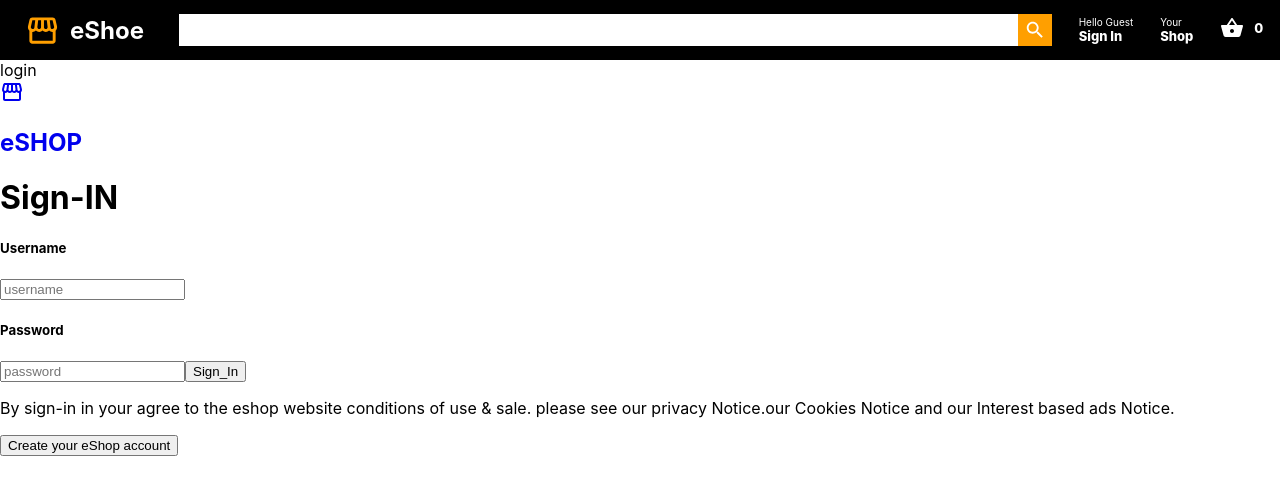
Repository: sandeepreddyvitta/react
Page: /login (app in eshop/)
An editor plug-in stored every save of this project. The page is shown before and after the next save, followed by the edit.
The browser window is 1280 px wide. The pictures show the whole page.
The project was rebuilt for these pictures with package versions that can differ from the ones it lists, and the page was loaded fresh each time. Also part of the build but not shown: eshop/src/components/products/product.scss, eshop/src/components/products/Product.js, eshop/src/components/home/home.scss, eshop/src/components/home/Home.js, eshop/src/components/checkOut/checkout.scss, eshop/src/components/checkOut/checkoutproduct.scss, eshop/src/components/checkOut/CheckOutProduct.js, eshop/src/components/checkOut/subtotal.scss and 3 more.

Above is the page before, as saved 2022-12-07 11:31:46.

### eshop/public/index.html
<!DOCTYPE html>
<html lang="en">

<head>
  <meta charset="utf-8" />
  <link rel="icon" href="%PUBLIC_URL%/favicon.ico" />
  <meta name="viewport" content="width=device-width, initial-scale=1" />
  <meta name="theme-color" content="#000000" />
  <meta name="description" content="Web site created using create-react-app" />
  <link rel="apple-touch-icon" href="%PUBLIC_URL%/logo192.png" />
  <!--
      manifest.json provides metadata used when your web app is installed on a
      user's mobile device or desktop. See https://developers.google.com/web/fundamentals/web-app-manifest/
    -->
  <link rel="manifest" href="%PUBLIC_URL%/manifest.json" />

  <!--
      Notice the use of %PUBLIC_URL% in the tags above.
      It will be replaced with the URL of the `public` folder during the build.
      Only files inside the `public` folder can be referenced from the HTML.

      Unlike "/favicon.ico" or "favicon.ico", "%PUBLIC_URL%/favicon.ico" will
      work correctly both with client-side routing and a non-root public URL.
      Learn how to configure a non-root public URL by running `npm run build`.
    -->
  <title>eShop</title>
</head>

<body>
  <noscript>You need to enable JavaScript to run this app.</noscript>
  <div id="root"></div>
  <!--
      This HTML file is a template.
      If you open it directly in the browser, you will see an empty page.

      You can add webfonts, meta tags, or analytics to this file.
      The build step will place the bundled scripts into the <body> tag.

      To begin the development, run `npm start` or `yarn start`.
      To create a production bundle, use `npm run build` or `yarn build`.
    -->
</body>

</html>

### eshop/src/index.js
import React from 'react';
import ReactDOM from 'react-dom/client';
import './index.css';
import App from './App';
import reportWebVitals from './reportWebVitals';
import reducer, { initialState } from './components/data/reducer';
import { StateProvider } from './components/data/StateProvider';

const root = ReactDOM.createRoot(document.getElementById('root'));
root.render(
  <React.StrictMode>
    <StateProvider initialState={initialState} reducer={reducer}>
      <App />
    </StateProvider>
  </React.StrictMode>
);


reportWebVitals();

### eshop/src/App.js
import React, { Children } from 'react'
import Home from './components/home/Home';
import NavBar from './components/navbar/NavBar';
import CheckOut from './components/checkOut/CheckOut'
import { createBrowserRouter, RouterProvider, Route, Outlet } from 'react-router-dom'
import Login from './components/login/Login';


function App() {
  const Layout = () => {
    return (
      <div>
        <NavBar />
        <>
          <Outlet />
        </>
      </div>
    )
  }

  const router = createBrowserRouter([
    {
      path: "/",
      element: <Layout />,
      children: [
        {
          path: '/',
          element: <Home />
        },
        {
          path: "/checkout",
          element: <CheckOut />
        },
        {
          path: '/login',
          element: <Login />
        }
      ]
    },
  ])
  return (
    <div className="App">
      <RouterProvider router={router} />
    </div>
  );
}

export default App;

### eshop/src/components/data/reducer.js
export const initialState = {
    basket: [],
};

export const getTotalAmount = (basket) => {
    console.log(basket)
    return (basket?.reduce((amount, item) => item.price + amount, 0));
}
const reducer = (state = initialState, action) => {
    switch (action.type) {
        case "Add_To_Basket":
            return {
                ...state, basket: [...state.basket, action.item],
            }
        case "Remove_To_Basket":
            const index = state.basket.findIndex(basketitem => basketitem.id === action.id);
            let newBasket = [...state.basket];
            if (index >= 0) {
                newBasket.splice(index, 1);
            }
            else {
                console.warn(`can't remove product id ${action.id} `)
            }
            return {
                ...state, basket: newBasket,
            }
        default:
            return { ...state }
    }
}

export default reducer;

### eshop/src/components/data/StateProvider.js
import React, { createContext, useContext, useReducer } from 'react'

export const StateContext = createContext();

export const StateProvider = ({ reducer, initialState, children }) => (
    <StateContext.Provider value={useReducer(reducer, initialState)}>
        {children}
    </StateContext.Provider>
);

export const useStateValue = () => useContext(StateContext);

### eshop/src/components/navbar/NavBar.js
import './navbar.scss'
import ShoppingBasketIcon from '@mui/icons-material/ShoppingBasket';
import StorefrontIcon from '@mui/icons-material/Storefront';
import SearchIcon from '@mui/icons-material/Search';
import { Link } from 'react-router-dom'
import { useStateValue } from '../data/StateProvider';
const NavBar = () => {
    const [{ basket }, dispatch] = useStateValue();
    return (
        <div className='navBar'>
            <Link to='/' style={{ textDecoration: "none" }}>
                <div className='headerLogo'>
                    <StorefrontIcon fontSize='large' className='storeIcon' />
                    <h2 className="title">eShoe</h2>
                </div>

            </Link>
            <div className='searchBar'>
                <input type="text" className='searchBarInput' />
                <SearchIcon className='searchIcon' />
            </div>
            <div className='userItems'>
                <Link to='/login' style={{ textDecoration: "none" }}>
                    <div className='headerItem'>
                        <span className='nav_itemOne'>Hello Guest</span>
                        <span className='nav_itemTwo'>Sign In</span>
                    </div>
                </Link>
                <div className='headerItem'>
                    <span className='nav_itemOne'>Your</span>
                    <span className='nav_itemTwo'>Shop</span>
                </div>
                <div className='headerItem'>
                    <Link to="/checkout" style={{ textDecoration: "none" }}>
                        <div className='basket'>
                            <ShoppingBasketIcon className='basketIcon' />
                            <span className='nav_itemTwo'>{basket.length}</span>
                        </div>
                    </Link>
                </div>
            </div>
        </div >
    )
}

export default NavBar

### eshop/src/components/login/Login.js
import { StorefrontOutlined } from '@material-ui/icons';
import { useState } from 'react'
import { Link } from 'react-router-dom';
import './login.scss'

const Login = () => {
    const [userName, setUserName] = useState('');
    const [password, setPassword] = useState('');
    return (
        <div className='login'>
            login
            <Link to='/' style={{ textDecoration: "none" }}>
                <div className='logo'>
                    <StorefrontOutlined className='icon' fontsize='large' />
                    <h2 className='title'>eSHOP</h2>
                </div>
            </Link>
            <div className='loginContainer'>
                <h1>Sign-IN</h1>
                <form>
                    <h5>Username</h5>
                    <input type="text" value={userName} name="userName" onChange={e => setUserName(e.target.value)} placeholder="username" />
                    <h5>Password</h5>
                    <input type="password" value={password} name="password" onChange={e => setPassword(e.target.value)} placeholder="password" />
                    <button type="submit">Sign_In</button>
                </form>
                <p>
                    By sign-in in your agree to the eshop website conditions of use & sale.
                    please see our privacy Notice.our Cookies Notice and our Interest based ads Notice.
                </p>
                <button className='register'> Create your eShop account</button>
            </div>
        </div>
    )
}

export default Login

### eshop/src/components/navbar/navbar.scss
.navBar{
    height: 60px;
    display: flex;
    align-items: center;
    background-color: black;
    color: white;
    position: sticky;
    z-index: 2;
    top:0;
    .headerLogo{
        display: flex;
        flex:1;
        align-items:center;
        color:#ff9f00;
        margin: 0px 25px;
        .storeIcon{
            margin-right: 10px;
        }
        .title{
            text-decoration: none;
            color:white;
            border: 0;
        }
    }
    .searchBar{
        display: flex;
        flex:4;
        align-items:center;
        border-radius: 24px;
        margin: 0 10px;
        .searchBarInput{

            height: 12px;
            padding: 10px;
            border: none;
            width: 100%;
        }
        .searchIcon{
            height:22px;
            padding: 5px;
            background-color:#ff9f00;
            cursor: pointer;
        }
    }
    .userItems{
        display: flex;
        flex: 1;
        justify-content: space-evenly;
        .headerItem{
            display: flex;
            flex-direction: column;
            margin: 0px 10px;
            color:white;
            .nav_itemOne{
                font-size: 10px;
            }
            .nav_itemTwo{
                font-size: 13px;
                font-weight: 800;
            }
            .basket{
                display: flex;
                align-items:center;
                color:white;
                .basketIcon{
                    margin-right: 10px;
                }
            }
        }
    }
}

Loaded but not shown: eshop/src/index.css (common file); eshop/src/reportWebVitals.js (common file)

After the next save:
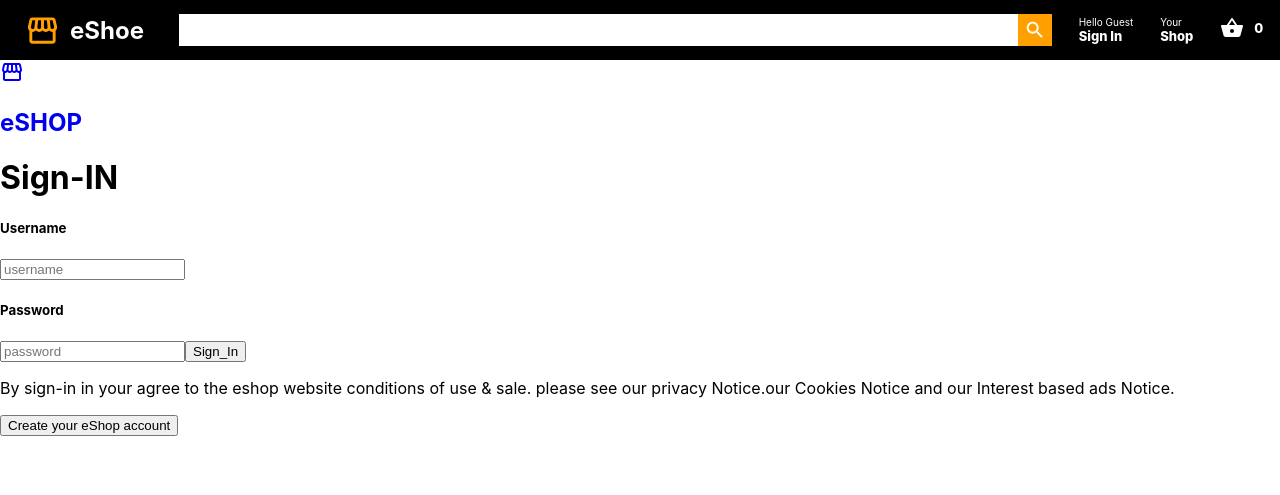
Saved 27 s later.
--- a/eshop/src/components/login/Login.js
+++ b/eshop/src/components/login/Login.js
@@ -8,7 +8,6 @@ const Login = () => {
     const [password, setPassword] = useState('');
     return (
         <div className='login'>
-            login
             <Link to='/' style={{ textDecoration: "none" }}>
                 <div className='logo'>
                     <StorefrontOutlined className='icon' fontsize='large' />
